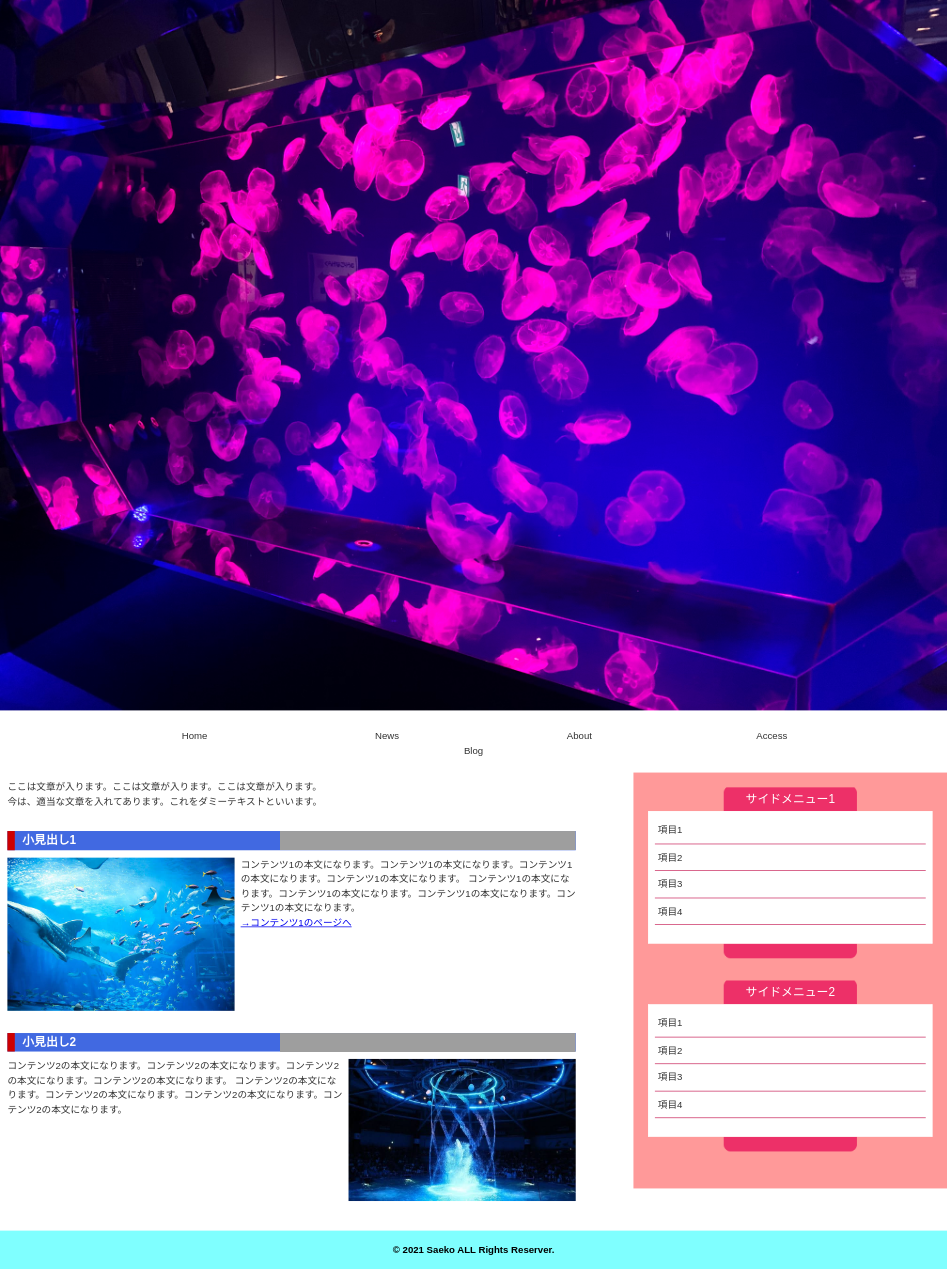
Repository: mizoguhi/mizoguhi
Page: test/saeko.html
The author's editor kept a record of every edit. The page is drawn from the files as they stood at one moment, then again after the next edit.
The browser window is 1280 px wide. The pictures show the whole page, at 74% of full size.
Pictures or frames that could not be fetched are drawn as grey boxes.

Above is the page before.

After the next edit:
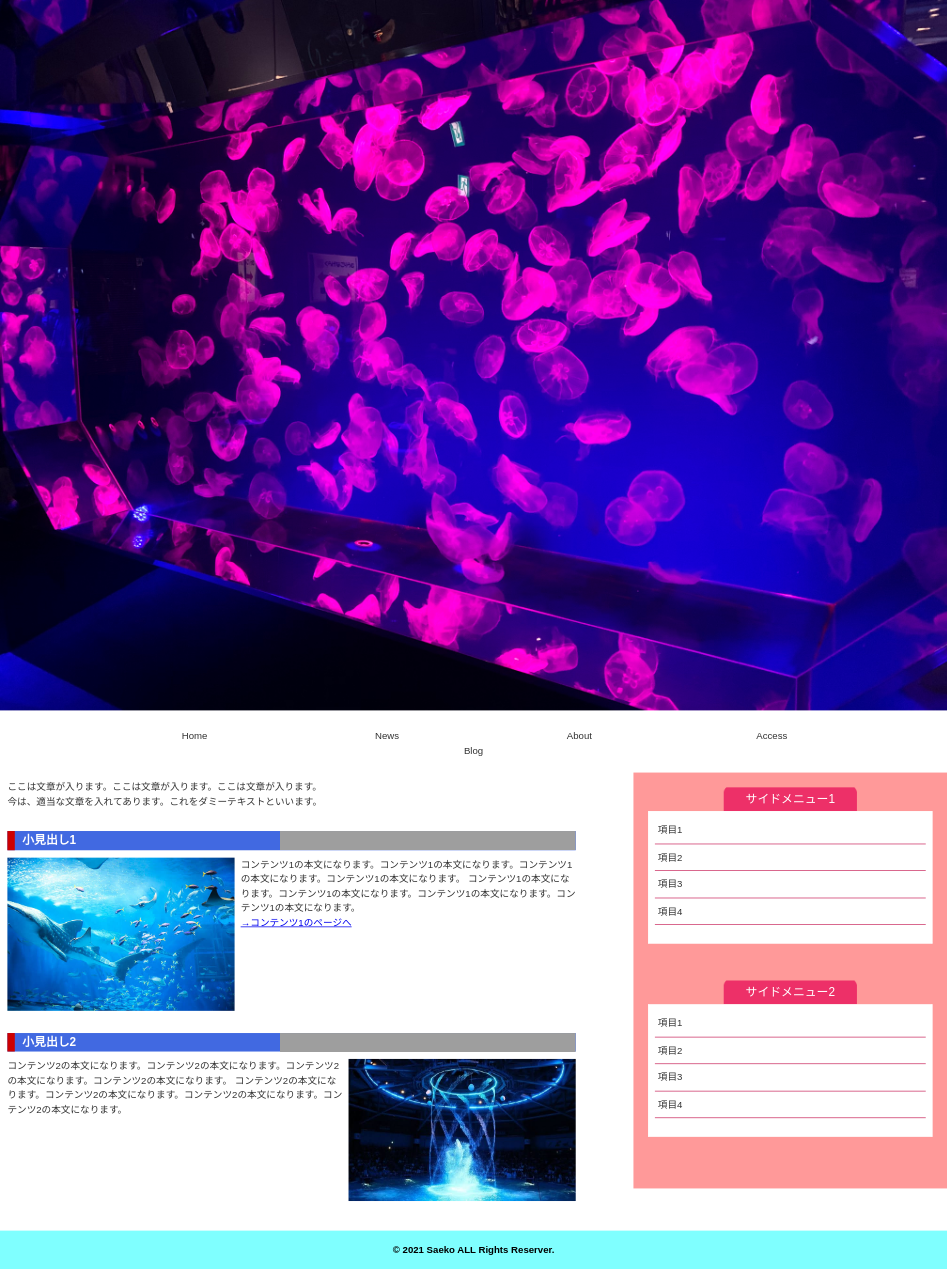
The edit:
--- a/test/stylesheet.css
+++ b/test/stylesheet.css
@@ -126,7 +126,7 @@
  #side .box {
  	 margin: 0 auto 30px auto;
  	 padding: 0 0 20px 0;
- 	 background: url(images/side_box.png) bottom no-repeat;
+ 	 background: bottom no-repeat;
  }
  #side .box h2 {
  	 margin: 0;
